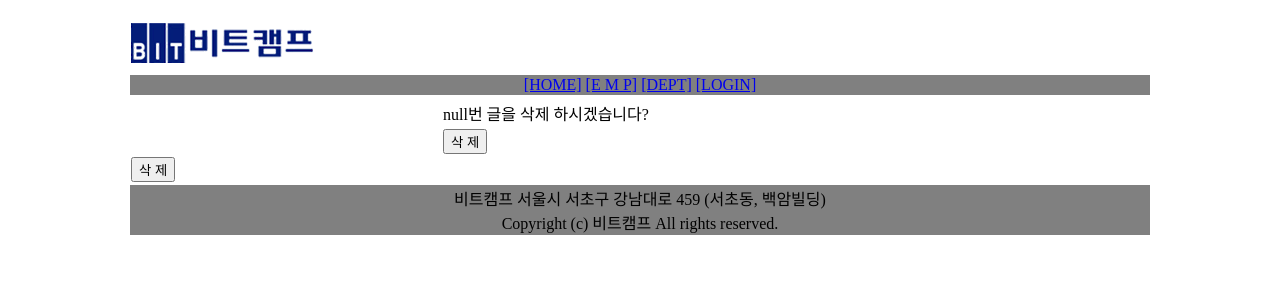
Repository: kwakjaeyeon/webWorkspace
Page: http://localhost/web06/delete.jsp
These files come from the project's save history. The page is drawn as it stood at one moment and after the next save; the edit follows.
The browser window is 1280 px wide. The pictures show the whole page.
The page is served by Tomcat 9.

Above is the page before, as saved 2020-07-06 08:44:02.

### web06/WebContent/delete.jsp
<%@ page language="java" contentType="text/html; charset=EUC-KR"
    pageEncoding="EUC-KR"%>
<!DOCTYPE html PUBLIC "-//W3C//DTD HTML 4.01 Transitional//EN" "http://www.w3.org/TR/html4/loose.dtd">
<html>
<head>
<meta http-equiv="Content-Type" content="text/html; charset=EUC-KR">
<title>Insert title here</title>
</head>

<body>
	<table width = "1024" align = "center">
		<tr>
			<td>
				<img alt = "" src = "img/logo.png">
			</td>
		</tr>
		<tr>
			<td bgcolor = "gray" align = "center">
				<a href = "./index.jsp">[HOME]</a>
				<a href = "./list.jsp">[E M P]</a>
				<a href = "#">[DEPT]</a>
				<a href = "#">[LOGIN]</a>
			</td>
		</tr>
		<tr>
			<td>
			<!-- center start -->
				<!-- POST -->
				<%
				if("POST".equals(request.getMethod())) {
					int sabun = Integer.parseInt(request.getParameter("sabun"));
					com.bit.emp.Emp02Delete emp = new com.bit.emp.Emp02Delete();
					emp.delete(sabun);
					response.sendRedirect("list.jsp");
				}
				%>
				<!-- GET -->
				<table align = "center" width = "400">
					<tr>
						<td><%=request.getParameter("idx") %>번 글을 삭제 하시겠습니다?</td>
					</tr>
					<tr>
						<td>
							<form method = "post">
								<input type = "hidden" name = "sabun" value = "<%=request.getParameter("sabun") %>">
								<input type = "submit" value = "삭 제">
							</form>

						</td>
					</tr>

				</table>
				<form method = "post">
					<input type = "hidden" name = "sabun">
					<input type = "submit" value = "삭 제">
				</form>



			<!-- center end -->
			</td>
		</tr>
		<tr>
			<td bgcolor = "gray" align = "center">
			비트캠프 서울시 서초구 강남대로 459 (서초동, 백암빌딩)<br>
			Copyright (c) 비트캠프 All rights reserved.<br>
			</td>
		</tr>




	</table>

</body>
</html>

After the next save:
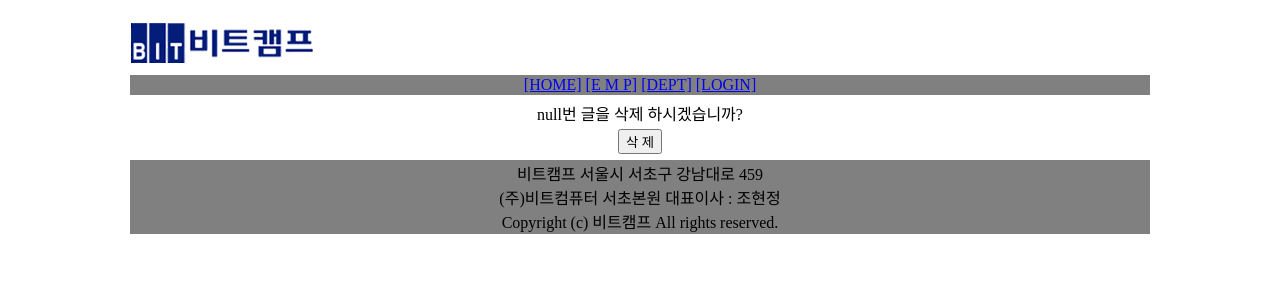
Saved 87 s later.
--- a/web06/WebContent/delete.jsp
+++ b/web06/WebContent/delete.jsp
@@ -1,3 +1,4 @@
+<%@page import="com.bit.emp.Emp02Delete"%>
 <%@ page language="java" contentType="text/html; charset=EUC-KR"
     pageEncoding="EUC-KR"%>
 <!DOCTYPE html PUBLIC "-//W3C//DTD HTML 4.01 Transitional//EN" "http://www.w3.org/TR/html4/loose.dtd">
@@ -6,71 +7,61 @@
 <meta http-equiv="Content-Type" content="text/html; charset=EUC-KR">
 <title>Insert title here</title>
 </head>
-
 <body>
-	<table width = "1024" align = "center">
+	<table width="1024" align="center">
 		<tr>
 			<td>
-				<img alt = "" src = "img/logo.png">
+				<img alt="" src="img/logo.png">
 			</td>
 		</tr>
 		<tr>
-			<td bgcolor = "gray" align = "center">
-				<a href = "./index.jsp">[HOME]</a>
-				<a href = "./list.jsp">[E M P]</a>
-				<a href = "#">[DEPT]</a>
-				<a href = "#">[LOGIN]</a>
+			<td bgcolor="gray" align="center">
+				<a href="./">[HOME]</a>
+				<a href="./list.jsp">[E M P]</a>
+				<a href="#">[DEPT]</a>
+				<a href="#">[LOGIN]</a>
 			</td>
 		</tr>
 		<tr>
 			<td>
-			<!-- center start -->
-				<!-- POST -->
-				<%
-				if("POST".equals(request.getMethod())) {
-					int sabun = Integer.parseInt(request.getParameter("sabun"));
-					com.bit.emp.Emp02Delete emp = new com.bit.emp.Emp02Delete();
-					emp.delete(sabun);
-					response.sendRedirect("list.jsp");
-				}
-				%>
-				<!-- GET -->
-				<table align = "center" width = "400">
-					<tr>
-						<td><%=request.getParameter("idx") %>번 글을 삭제 하시겠습니다?</td>
-					</tr>
-					<tr>
-						<td>
-							<form method = "post">
-								<input type = "hidden" name = "sabun" value = "<%=request.getParameter("sabun") %>">
-								<input type = "submit" value = "삭 제">
-							</form>
+				<!-- centent start -->
+					<!-- POST -->
+					<%
+					if("POST".equals(request.getMethod())){
+						int sabun=Integer.parseInt(request.getParameter("sabun"));
+						Emp02Delete emp=new Emp02Delete();
+						emp.delete(sabun);
+						response.sendRedirect("list.jsp");
+						return;
+					}
+					%>
+					<!-- GET -->
+					<table align="center" width="400">
+						<tr>
+							<td align="center">
+								<%=request.getParameter("idx")%>번 글을 삭제 하시겠습니까?
+							</td>
+						</tr>
+						<tr>
+							<td align="center">
+								<form method="post">
+									<input type="hidden" name="sabun" value="<%=request.getParameter("idx")%>">
+									<input type="submit" value="삭 제">
+								</form>
+							</td>
+						</tr>
+					</table>
 
-						</td>
-					</tr>
-
-				</table>
-				<form method = "post">
-					<input type = "hidden" name = "sabun">
-					<input type = "submit" value = "삭 제">
-				</form>
-
-
-
-			<!-- center end -->
+				<!-- centent end -->
 			</td>
 		</tr>
 		<tr>
-			<td bgcolor = "gray" align = "center">
-			비트캠프 서울시 서초구 강남대로 459 (서초동, 백암빌딩)<br>
+			<td bgcolor="gray" align="center">
+			비트캠프 서울시 서초구 강남대로 459<br>
+			(주)비트컴퓨터 서초본원 대표이사 : 조현정<br>
 			Copyright (c) 비트캠프 All rights reserved.<br>
 			</td>
 		</tr>
-
-
-
-
 	</table>
-
 </body>
 </html>
